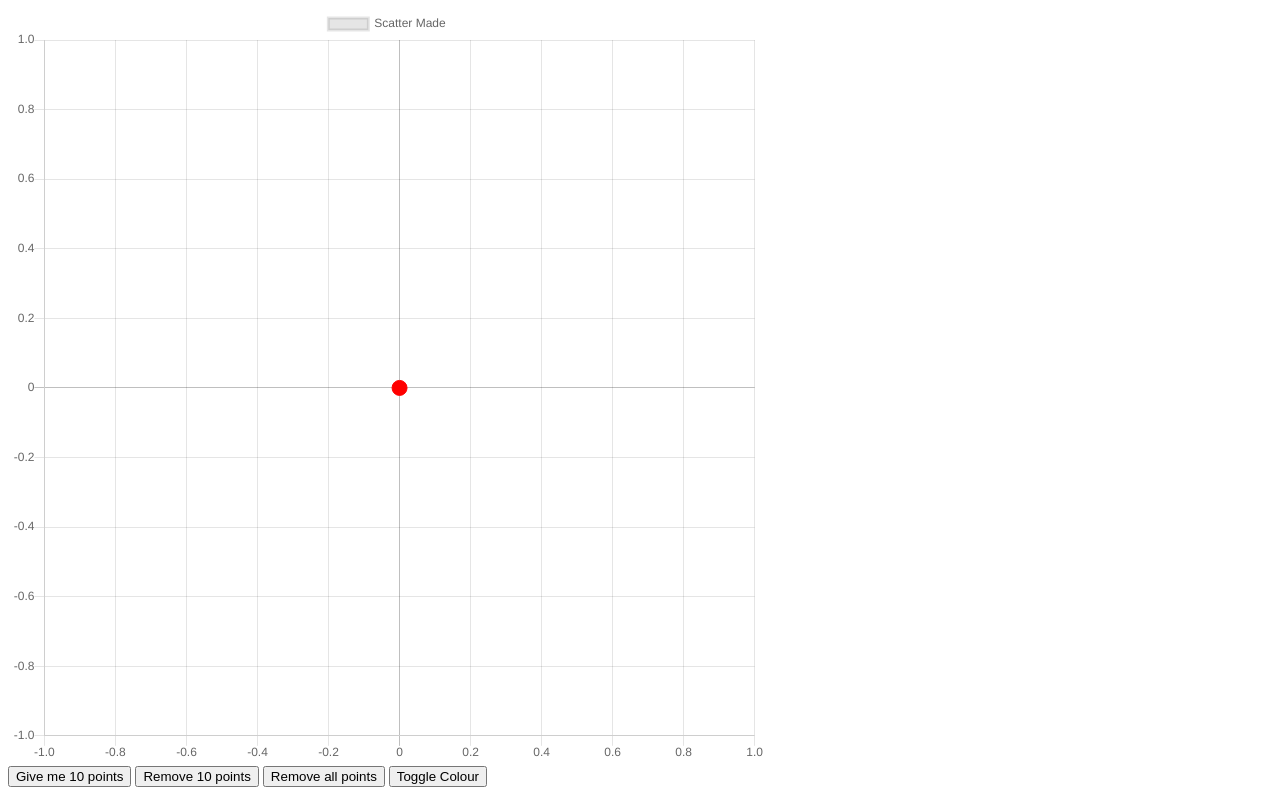
Repository: MadeleineHarbom/Cloud
Page: lektion19/WebContent/E5_buttons.html
These files come from the project's save history. The page is drawn as it stood at one moment and after the next save; the edit follows.
The browser window is 1280 px wide. The pictures show the whole page.
After loading, the first visible `button[onclick="remove10Points()"]` was clicked once.
Some web libraries are served in a nearby version.

Above is the page before, as saved 2020-01-28 12:00:43.

After the next save:
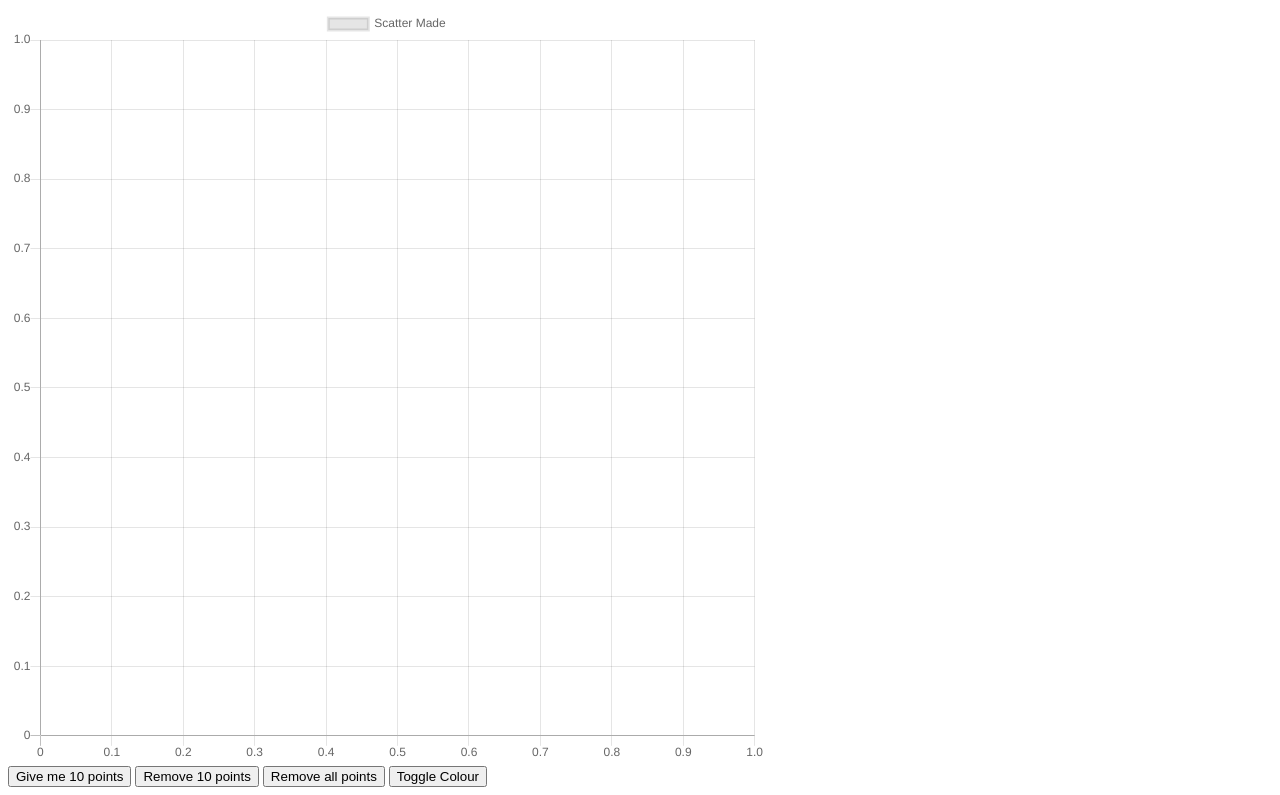
Saved 4 min 7 s later.
--- a/lektion19/WebContent/E5_buttons.html
+++ b/lektion19/WebContent/E5_buttons.html
@@ -46,6 +46,11 @@
     	  scatterChart.update();
       }
       function remove10Points() {
+    	  for (var i = 0; i < 10; i++) {
+    		  scatterChart.config.data.datasets[0].data.shift();
+    	  }
+    	  scatterChart.update();
+
 
       }
 
